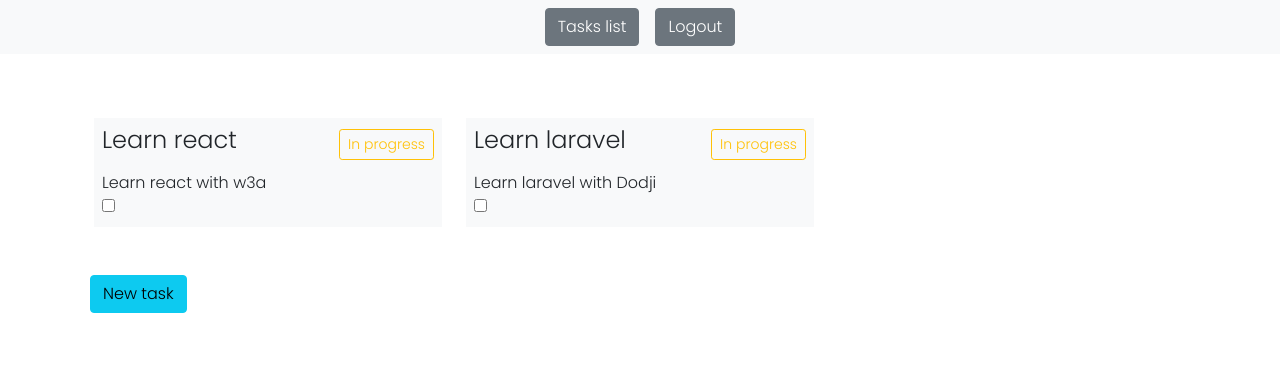
Repository: FS-23/react-task-manager
Page: /tasks/list
An editor plug-in stored every save of this project. The page is shown before and after the next save, followed by the edit.
The browser window is 1280 px wide. The pictures show the whole page.
The page's requests for data from a server got no answer. The project was rebuilt for these pictures with package versions that can differ from the ones it lists, and the page was loaded fresh each time. No one was signed in, and anything a server would have sent is missing. Also part of the build but not shown: src/components/Login.js, src/components/AddTask.js, src/components/TaskDetail.js.

Above is the page before, as saved 2022-05-13 15:16:38.

After the next save:
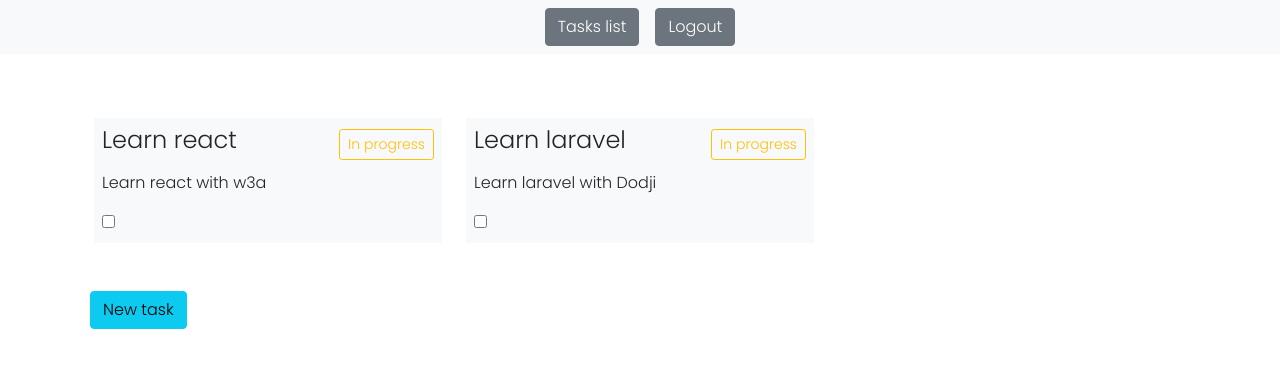
Saved 17 s later.
--- a/src/components/TaskList.js
+++ b/src/components/TaskList.js
@@ -47,7 +47,7 @@ function TaskList(){
                                        <button className='btn btn-outline-warning btn-sm'>{task.completed ? "Completed" : "In progress"}</button>
                                     </div>
                                     <div>{task.description}</div>
-                                    <div>
+                                    <div className='mt-3'>
                                         <input  type="checkbox" checked={task.completed ? true : false}/>
                                     </div>
                                 </div>
